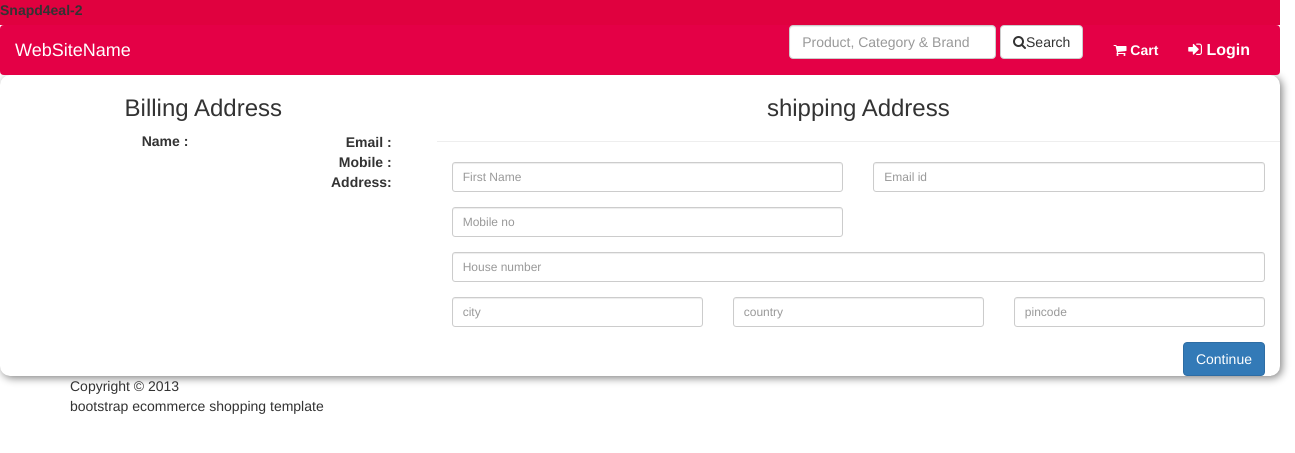
Repository: Aryans26/project
Page: http://localhost/frontend/WEB-INF/views/addressorder.jsp
The author's editor kept a copy of each file at every save. The page is drawn from the files as they stood at one save, then again after the next save.
The browser window is 1280 px wide. The page is 1295 px wide, so the pictures cover 1295 px, including what lies to the right of the window. The pictures show the whole page.
Some web libraries are served in a nearby version. The page is served by Tomcat 9. Nobody is signed in. Other server files are loaded and not shown. The template is opened directly, without the code that normally fills it, so the values that code supplies are empty.

Above is the page before, as saved 2017-06-21 09:29:43.

### frontend/src/main/webapp/WEB-INF/views/addressorder.jsp
<%@ taglib prefix="c" uri="http://www.springframework.org/tags"%>
<%@ taglib prefix="form" uri="http://www.springframework.org/tags/form"%>
<!doctype html>
<html>
<head>
<c:url value="/resource" var="res" />

<!-- <link rel="stylesheet" ref="https://maxcdn.bootstrapcdn.com/bootstrap/3.3.7/css/bootstrap.min.css"> -->
<script
	src="https://ajax.googleapis.com/ajax/libs/jquery/3.2.1/jquery.min.js"></script>
<script
	src="https://maxcdn.bootstrapcdn.com/bootstrap/3.3.7/js/bootstrap.min.js"></script>
<link rel="stylesheet" href="${res}/css/bootstrap.min.css" />
<link rel="stylesheet" href="${res}/css/style.css" />
<link rel="stylesheet" href="${res}/css/font-awesome/css/font-awesome.min.css" />

</head>
<body>
	<%@include file="navbar.jsp"%>
	<div class="box-shadow border-radius">

	<div class="row">

	<div class="col-md-4 col-sm-4 col-xs-12 billing-add">
		<h3 class="text-center">Billing Address</h3>
		<div class="col-md-6 col-sm-6 b-r"><b>Name :</b></div><div class="col-md-6 col-sm-6">${user.getU_name()} </div>
		<div class="col-md-6 col-sm-6 b-r"><b>Email :</b></div><div class="col-md-6 col-sm-6">${user.getU_email()}</div>
		<div class="col-md-6 col-sm-3 b-r"><b>Mobile :</b></div><div class="col-md-6 col-sm-6">${user.getU_phoneno()}</div>
		<div class="col-md-6 col-sm-6 b-r"><b>Address:</b></div><div class="col-md-6 col-sm-6">${billing.getHouse_no()}<br>
		${billing.getStreet_name()}<br>${billing.getCity()}<br>${billing.getState()}<br>${billing.getCountry()}<br>
		${billing.getPincode()}<br>
		</div>

	</div>


	<div class="col-md-8 shipping col-sm-8 col-xs-12">
		<h3 class="text-center">shipping Address</h3>

		<hr>
	<c:url value="/orderConfirm" var="a"/>
		<form:form action="${a}" method="post" commandName="shippingAddress">


		<div class="col-xs-6 col-sm-6 col-md-6">
			<div class="form-group">
				<form:input type="text" name="first_name" id="first_name" class="form-control input-sm" placeholder="First Name" path="Ship_name"/>
			</div>
		</div>
<!-- 		<div class="col-xs-6 col-sm-6 col-md-6"> -->
<!-- 			<div class="form-group"> -->
<%-- 				<form:input type="text" name="last_name" id="last_name" class="form-control input-sm" placeholder="Last Name" path="lastname"/>  --%>
<!-- 			</div> -->
<!-- 		</div> -->

		<div class="col-xs-6 col-sm-6 col-md-6">
			<div class="form-group">
				<form:input type="text" name="first_name" id="first_name" class="form-control input-sm" placeholder="Email id" path="Ship_email"/>
			</div>
		</div>
		<div class="col-xs-6 col-sm-6 col-md-6">
			<div class="form-group">
				<form:input type="text" name="Mobile_no" class="form-control input-sm" placeholder="Mobile no" path="Ship_mono"/>
		</div>
</div>
		<div class="col-xs-12 col-sm-12 col-md-12">
			<div class="form-group">
				<form:input type="text" class="form-control input-sm" placeholder="House number" path="Ship_houseno"/>

			</div>
		</div>

		<div class="col-xs-12 col-sm-4 col-md-4">
			<div class="form-group">
				<form:input type="text"	class="form-control input-sm" placeholder="city" path="Ship_city"/>
			</div>
		</div>
		<div class="col-xs-12 col-sm-4 col-md-4">
			<div class="form-group">
				<form:input type="text"	class="form-control input-sm" placeholder="country" path="Ship_country"/>
			</div>
		</div>

		<div class="col-xs-12 col-sm-4 col-md-4">
			<div class="form-group">
				<form:input type="text" class="form-control input-sm" placeholder="pincode" path="Ship_pincode" />
			</div>
		</div>

	<div class="col-md-12">
		<input type="submit" class="btn btn-primary pull-right" value="Continue">
	</div>
   </form:form>
</div>
</div>
</div>
<!--
Footer
-->

<!-- /container -->

<div class="copyright">
<div class="container">

	<span>Copyright &copy; 2013<br> bootstrap ecommerce shopping template</span>
</div>
</div>
<a href="#" class="gotop"><i class="icon-double-angle-up"></i></a>

  </body>
</html>

### frontend/src/main/webapp/WEB-INF/views/navbar.jsp
<%@ taglib prefix="c" uri="http://www.springframework.org/tags"%>
<%@ taglib prefix="form" uri="http://www.springframework.org/tags/form"%>
<%@ taglib prefix="security" uri="http://www.springframework.org/security/tags" %>
<%@ taglib prefix="c1" uri="http://java.sun.com/jsp/jstl/core"%>
<!DOCTYPE html >
<html>
<head>
<meta http-equiv="Content-Type" content="text/html; charset=ISO-8859-1">
<title>Insert title here</title>
</head>
<body>
	<div class="headder">
		<b>Snapd4eal-2</b>
	</div>

	<nav class="navbar navbar-default" style="color: white;">
		<div class="container-fluid">
			<div class="navbar-header">
				<button type="button" class="navbar-toggle" data-toggle="collapse" data-target="#myNavbar">
					<span class="icon-bar"></span> <span class="icon-bar"></span>
					<span class="icon-bar"></span>
				</button>
				<a class="navbar-brand" href="<c:url value="/"/>"
					style="color: white;">WebSiteName</a>
				<form class="navbar-form navbar-right visible-sm visible-xs">
					<div class="form-group">
						<input type="text" class="form-control"
							placeholder="Product, Category & Brand">
					</div>
					<button type="submit" class="btn btn-default">
						<i class="fa fa-search"></i>Search
					</button>

				</form>
			</div>
			<div class="collapse navbar-collapse" id="myNavbar">
			<c1:if test="${pageContext.request.userPrincipal.name!=null}">
			<security:authorize access="hasRole('ROLE_ADMIN')">
				<ul class="nav navbar-nav">
					<li style="color: white;"><a
						href="<c:url value="/category"/>">Add Category</a></li>
					<li style="color: white;"><a
						href="<c:url value="/addproduct"/>">Add Product</a></li>
					<li style="color: white;"><a
						href="<c:url value="/supplier"/>">Add Supplier</a></li>
<!-- 					<li style="color: white;"><a -->
<%-- 						href="<c:url value="/addcard"/>">Add Card</a></li> --%>

				</ul>
				</security:authorize>
				</c1:if>
				<ul class="nav navbar-nav navbar-right">
					<li><a href="<c:url value="/viewcart"/>"><i class="fa fa-shopping-cart"></i>
							Cart</a></li>

					<li class="dropdown"><a href="#" class="dropbtn"><span
							class="fa fa-sign-in"></span>
							<c1:if test="${pageContext.request.userPrincipal.name==null}"> Login </c1:if>
							 <c1:if test="${pageContext.request.userPrincipal.name!=null}">  Logout</c1:if></a>

						<div class="dropdown-content">
							<a href="#">your account</a>
							<a href="#">your orders</a>
							<c1:if test="${pageContext.request.userPrincipal.name==null}">

							<a href="<c:url value="/users"/>" class="hvr-reg-bordertop" > new user ?<br>
							<b>register</b></a>
<%-- <a href="<c:url value="/login"/>"><button type="button" class="btn btn-danger" style="width: 90%; margin: 10px;">Login</button></a> --%>
							<button type="button" class="btn btn-danger" data-toggle="modal"
								data-target="#myModal" style="width: 90%; margin: 10px;">Login</button>
								</c1:if>

								<c1:if test="${pageContext.request.userPrincipal.name!=null}">
					<a href="<c:url value="/j_spring_security_logout"/>"><button type="button" class="btn btn-danger" >Logout</button></a>
								</c1:if>
						</div></li>

				</ul>
				<form class="navbar-form navbar-right hidden-sm hidden-xs">
					<div class="form-group">
						<input type="text" class="form-control"
							placeholder="Product, Category & Brand">
					</div>
					<button type="submit" class="btn btn-default">
						<i class="fa fa-search"></i>Search
					</button>

				</form>

			</div>
		</div>
	</nav>


	<!-- Modal -->
	<div class="modal fade" id="myModal" role="dialog">
		<div class="modal-dialog modal-lg">
			<div class="modal-content">
				<div class="modal-header">
					<button type="button" class="close" data-dismiss="modal">&times;</button>
					<h4 class="modal-title">Login</h4>
				</div>
				<div class="modal-body">
				<c1:url value="/j_spring_security_check" var="a"/>
					<form role="form" method="post" action="${a} ">
						<div class="form-group">
				<label for="email">Email address:</label>
				<input type="email" class="form-control" id="email" name="j_username" placeholder="Email Id">
						</div>
						<div class="form-group">
				<label for="pwd">Password:</label>
				 <input type="password" class="form-control" id="pwd" name="j_password" placeholder="Password">
						</div>
						<div class="checkbox">
							<label><input type="checkbox"> Remember me</label>
						</div>
						<a class="cursor" data-dismiss="modal" data-toggle="modal"
							data-target="#myModal1">new User ? <b>register</b></a>
						<button type="submit" class="btn btn-success">Submit</button>
					</form>
				</div>
				<div class="modal-footer">
					<button type="button" class="btn btn-default" data-dismiss="modal">Close</button>
				</div>
			</div>
		</div>
	</div>

</body>
</html>

### frontend/src/main/webapp/resource/css/style.css
@charset "utf-8";
/* CSS Document */
.headder {
	min-height: 25px;
	background-color: #E0013F;
}

.navbar-default, .navbar-default li {
	background-color: #e40046;
	color: white;
}

.navbar-default li a {
	color: #FFF;
	font-weight: bold;
}

.navbar-nav li:hover, .navbar-nav li:focus, .navbar-nav li:active {
	background-color: #333;
}

.navbar-nav dropdown:hover {
	background-color: #333;
}

.dropbtn {
	color: white;
	padding: 16px;
	font-size: 16px;
	border: none;
	cursor: pointer;
}

.
.dropdown:hover {
	background-color: #333;
	color: white;
	padding: 16px;
	font-size: 16px;
	border: none;
	cursor: pointer;
}

.dropdown {
	position: relative;
	display: inline-block;
}

.dropdown-content {
	display: none;
	position: absolute;
	background-color: #333;
	min-width: 160px;
	right: 5px;
	box-shadow: 0px 8px 16px 0px rgba(0, 0, 0, 0.2);
	z-index: 1;
}

.dropdown-content a {
	color: black;
	font-size: 14px !important;
	font-weight: normal !important;
	text-align: center;
	padding: 12px 16px;
	text-decoration: none;
	display: block;
}

.dropdown-content a:hover {
	background-color: #000;
}

.dropdown:hover .dropdown-content {
	display: block;
}

.dropdown:hover .dropbtn {
	background-color: #333;
}

.dropdown-content .hvr-reg-bordertop {
	border-top: 1px solid #999;
	padding-top: 20px;
	margin-bottom: 0;
	padding-bottom: 0;
}

.cursor {
	cursor: pointer;
}

.form-fill{
	max-width:500px;
	box-shadow:2px 2px 8px  grey;
	padding:30px 20px;
	margin:10px auto;
	border-radius:10px;
}

.form-list-table{
	border:2px solid grey;
	box-shadow:4px 4px 8px grey;
	border-radius:10px;
}
.head3{
	color:#e40046;
	font-weight:bold;
	text-align:center;
	text-shadow:2px 2px 4px grey;
}

.items-list-head > div{
	Color:red;
	text-align:center;
	font-weight:bolder;
	font-size:20px;
}
.items-list > div{
	border-top:1px solid grey;
	line-height:40px;
	text-align:center;
	font-weight:bold;
}

.box-shadow{
	border-radius:10px;
	box-shadow:2px 2px 8px grey;
}

.list-head{
	font-size:16px;
	font-weight:bold;
	text-shadow:1px 1px 1px grey;
}

.billing-add .b-r{
	text-align:right;
}

Loaded but not shown: frontend/src/main/webapp/resource/css/bootstrap.min.css (library); frontend/src/main/webapp/resource/css/font-awesome/css/font-awesome.min.css (library)

After the next save:
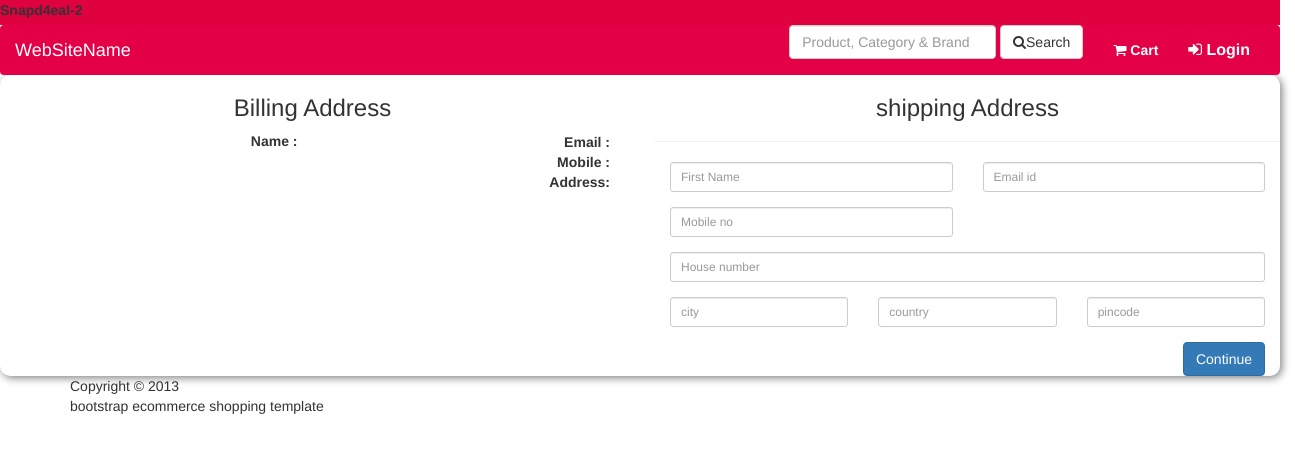
Saved 28 s later.
--- a/frontend/src/main/webapp/WEB-INF/views/addressorder.jsp
+++ b/frontend/src/main/webapp/WEB-INF/views/addressorder.jsp
@@ -21,7 +21,7 @@
 
 	<div class="row">
 
-	<div class="col-md-4 col-sm-4 col-xs-12 billing-add">
+	<div class="col-md-6 col-sm-6 col-xs-12 billing-add">
 		<h3 class="text-center">Billing Address</h3>
 		<div class="col-md-6 col-sm-6 b-r"><b>Name :</b></div><div class="col-md-6 col-sm-6">${user.getU_name()} </div>
 		<div class="col-md-6 col-sm-6 b-r"><b>Email :</b></div><div class="col-md-6 col-sm-6">${user.getU_email()}</div>
@@ -34,7 +34,7 @@
 	</div>
 
 
-	<div class="col-md-8 shipping col-sm-8 col-xs-12">
+	<div class="col-md-6 shipping col-sm-6 col-xs-12">
 		<h3 class="text-center">shipping Address</h3>
 
 		<hr>
